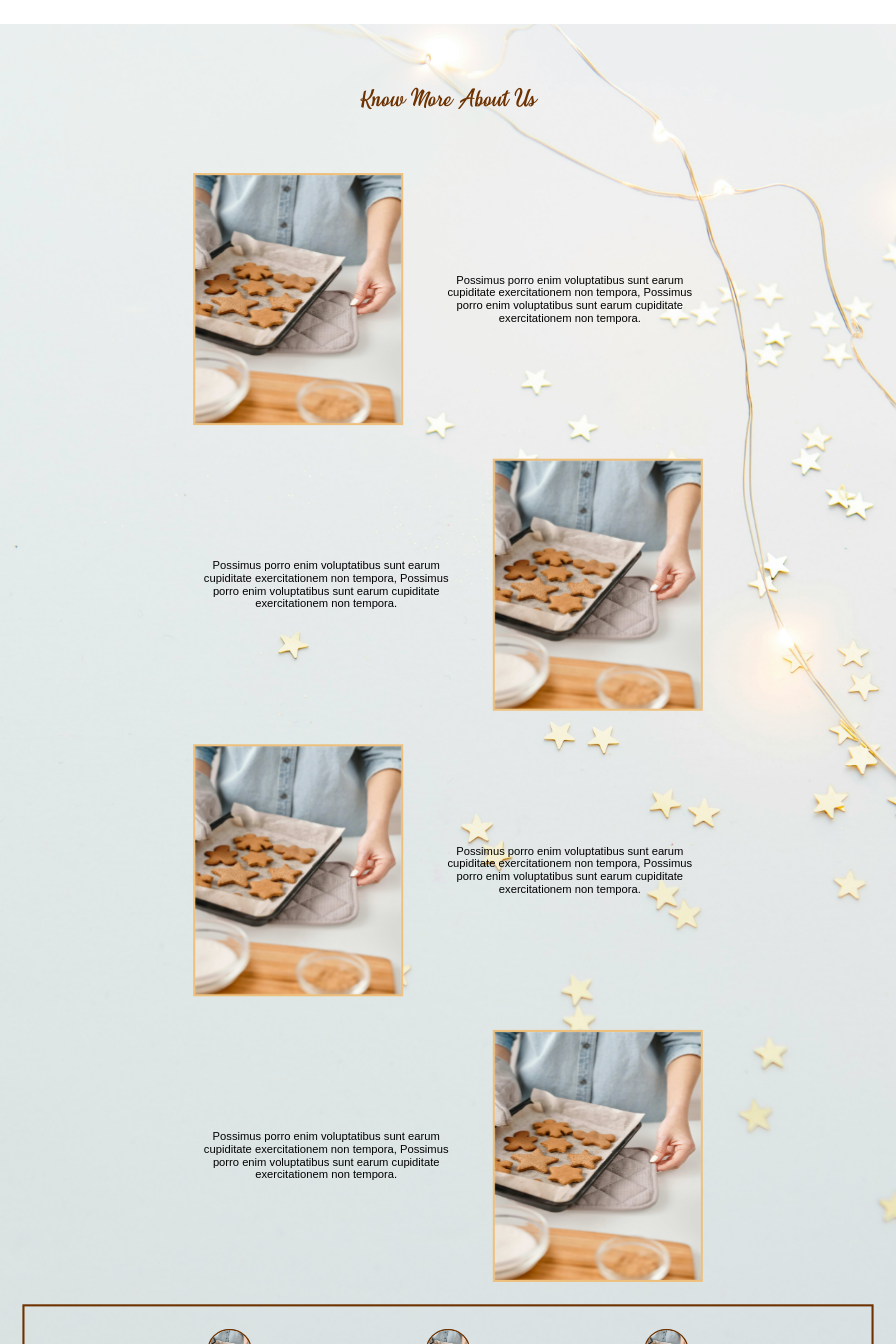
Repository: RodFoyagan/Bing-s-Bakery
Page: index.html
The author's editor kept a copy of each file at every save. The page is drawn from the files as they stood at one save, then again after the next save.
The browser window is 1280 px wide. The pictures show the part of the page from y = 1596 to 3516 px (the page is 4514 px tall), at 70% of full size.

Above is the page before, as saved 2024-12-01 19:43:45.
Console error: ReferenceError: emailjs is not defined

### index.html
<!DOCTYPE html>
<html lang="en">
<head>
    <meta charset="UTF-8">
    <meta name="viewport" content="width=device-width, initial-scale=1.0">
    <title>Bing's Bakery</title>

    <script type="text/javascript" src="https://cdn.emailjs.com/dist/email.min.js"></script>

    <script type="module" src="https://unpkg.com/ionicons@5.5.2/dist/ionicons/ionicons.esm.js"></script>
    <link rel="stylesheet" href="style.css">
</head>
<body id="header">
    <nav class="navbar">
        <div class="navbar__container">
            <a href="#header" id="navbar__logo">Bing's Bakery</a>
            <div class="navbar__toggle" id="mobile-menu">
                <span class="bar"></span>
                <span class="bar"></span>
                <span class="bar"></span>
            </div>
            <ul class="navbar__menu">
                <li class="navbar__item">
                    <a href="#header" class="navbar__links">Home</a>
                </li>
                <li class="navbar__item">
                    <a href="#menu" class="navbar__links">Menu</a>
                </li>
                <li class="navbar__item">
                    <a href="#form" class="navbar__links">Contact</a>
                </li>
                <li class="navbar__item">
                    <a href="#about-us" class="navbar__links"><span id="about">About Us</span></a>
                </li>
                <li id="navbar__btn" class="navbar__links">
                    <a href="#menu" class="button">Order Now</a>
                </li>
            </ul>
        </div>
        <div class="box">
            <div class="cart-count">0</div>
            <ion-icon name="cart"  id="cart-icon" ></ion-icon>
          </div>

          <div class="cart">
            <div class="cart-title">Cart Items</div>
            <div class="cart-content">
                  <ion-icon name="close" id="cart-close"></ion-icon>

          </div>

          <div class="total">
            <div class="total-title">Total</div>
            <div class="total-price">₱ 0</div>
          </div>
          <!-- <div class="form-control" id="log-in_name">
            <label for="login-name">Name</label>
            <input type="text" name="login-name" id="login-name">
            <li><img class="check" src="images/check.png" alt=""></li>
            <li><img class="exclamation" src="images/exclamation.png" alt=""></li>
            <p class="error-message">error message.</p>
        </div>
        <div class="form-control" id="log-in_phone">
            <label for="login-phone">Mobile Number</label>
            <input type="text" name="login-phone" id="login-phone">
            <li><img class="check" src="images/check.png" alt=""></li>
            <li><img class="exclamation" src="images/exclamation.png" alt=""></li>
            <p class="error-message">error message.</p>
        </div> -->


        <form class="cart-form">
            <p class="note">
                NOTE* <br> Please give your contact information so that we may
                notify you when we receive your order and when it is ready.Thank you.
            </p>
            <div class="cartForm-control" id="cartForm-name">
                <label for="cartform_name">Name</label>
                <input type="text" name="cartform_name" id="cart-form_name">
                <p class="error-message2" style="visibility: hidden;">error message.</p>
            </div>
            <div class="cartForm-control" id="cartForm_Phone">
                <label for="cartform_Phone">Mobile Number</label>
                <input type="text" name="cartform_Phone" id="cart-form_Phone">
                <p class="error-message2" style="visibility: hidden;">error message.</p>
            </div>
            <div class="placeOrder">
                <button class="btn-buy" type="submit">Place Order</button>
            </div>
        </form>

        <!-- <div class="message">
            <button id="submitButton" type="submit">Send message</button>
        </div> -->

    </nav>

    <div class="first-page">
        <div>
            <h2>Your every day Bread.</h2>
            <p>"Healthy and delicious bread that you can get."</p>
        </div>

            <div class="second-button"><button><a  href="#menu">Order Now</a></button></div>

    </div>
                <div id="menu">
                    <h1 class="header-title">Our Kind of Breads</h1>
                </div>
                <div class="body">
                    <div class="bread">
                        <img src="images/coockies-min.jpg" class="bread-img" alt="">
                        <div class="bread-body">
                            <!-- <h2 class="alert">Click Me.</h2> -->
                            <h1 class="bread-title">Coockies</h1>
                            <p class="bread-subtitle">Delicious and Healthy</p>
                            <p class="bread-info">Possimus porro enim voluptatibus sunt earum cupiditate exercitationem non tempora.</p>
                            <span class="food-price">₱8 each</span>
                            <button class="bread-btn">Add to Cart</button>
                        </div>
                    </div>
                    <div class="bread">
                        <img src="images/spanish bread-min-min.webp" class="bread-img" alt="">
                        <div class="bread-body">
                            <!-- <h2 class="alert">Click Me.</h2> -->
                            <h1 class="bread-title">Spanish Bread</h1>
                            <p class="bread-subtitle">Delicious and Healthy</p>
                            <p class="bread-info">Possimus porro enim voluptatibus sunt earum cupiditate exercitationem non tempora.</p>
                            <span class="food-price">₱12 each</span>
                            <button class="bread-btn">Add to Cart</button>
                        </div>
                    </div>
                    <div class="bread">
                        <img src="images/loafbread3-min-min.webp" class="bread-img" alt="">
                        <div class="bread-body">
                            <!-- <h2 class="alert">Click Me.</h2> -->
                            <h1 class="bread-title">Loaf Bread</h1>
                            <p class="bread-subtitle">Delicious and Healthy</p>
                            <p class="bread-info">Possimus porro enim voluptatibus sunt earum cupiditate exercitationem non tempora.</p>
                            <span class="food-price">₱32</span>
                            <button class="bread-btn">Add to Cart</button>
                        </div>
                    </div>
                    <div class="bread">
                        <img src="images/cupcake2-min.webp" class="bread-img" alt="">
                        <div class="bread-body">
                            <!-- <h2 class="alert">Click Me.</h2> -->
                            <h1 class="bread-title">Cupcakes</h1>
                            <p class="bread-subtitle">Delicious and Healthy</p>
                            <p class="bread-info">Possimus porro enim voluptatibus sunt earum cupiditate exercitationem non tempora.</p>
                            <span class="food-price">₱15 each</span>
                            <button class="bread-btn">Add to Cart</button>
                        </div>
                    </div>
                    <div class="bread">
                        <img src="images/cake-min-min.webp" class="bread-img" alt="">
                        <div class="bread-body">
                            <!-- <h2 class="alert">Click Me.</h2> -->
                            <h1 class="bread-title">Cake</h1>
                            <p class="bread-subtitle">Delicious and Healthy</p>
                            <p class="bread-info">Possimus porro enim voluptatibus sunt earum cupiditate exercitationem non tempora.</p>
                            <span class="food-price">₱80</span>
                            <button class="bread-btn">Add to Cart</button>
                        </div>
                    </div>
                    <div class="bread">
                        <img src="images/pandesall.webp" class="bread-img" alt="">
                        <div class="bread-body">
                            <!-- <h2 class="alert">Click Me.</h2> -->
                            <h1 class="bread-title">Pandesal</h1>
                            <p class="bread-subtitle">Delicious and Healthy</p>
                            <p class="bread-info">Possimus porro enim voluptatibus sunt earum cupiditate exercitationem non tempora.</p>
                            <span class="food-price">₱4 each</span>
                            <button class="bread-btn">Add to Cart</button>
                        </div>
                    </div>
                </div>

                <div id="about-us">
                    <!-- copy and paste here -->
                    <div class="about-us-header">
                        <h2 class="know-more">Know More About Us</h2>
                    </div>
                        <div class="about-images">
                            <img src="images/jpeg-optimizer_baker1.jpeg" alt="">
                            <p class="about-details">
                                Possimus porro enim voluptatibus sunt earum cupiditate exercitationem non tempora,
                                Possimus porro enim voluptatibus sunt earum cupiditate exercitationem non tempora.
                            </p>
                        </div>
                        <div class="about-images" id="reverse">
                            <p class="about-details">
                                Possimus porro enim voluptatibus sunt earum cupiditate exercitationem non tempora,
                                Possimus porro enim voluptatibus sunt earum cupiditate exercitationem non tempora.
                            </p>
                            <img class="from-rigth" src="images/jpeg-optimizer_baker1.jpeg" alt="">
                        </div>
                        <div class="about-images">
                            <img src="images/jpeg-optimizer_baker1.jpeg" alt="">
                            <p class="about-details">
                                Possimus porro enim voluptatibus sunt earum cupiditate exercitationem non tempora,
                                Possimus porro enim voluptatibus sunt earum cupiditate exercitationem non tempora.
                            </p>
                        </div>
                        <div class="about-images" id="reverse">
                            <p class="about-details">
                                Possimus porro enim voluptatibus sunt earum cupiditate exercitationem non tempora,
                                Possimus porro enim voluptatibus sunt earum cupiditate exercitationem non tempora.
                            </p>
                            <img class="from-rigth" src="images/jpeg-optimizer_baker1.jpeg" alt="">
                        </div>
                        <div class="images-icon">
                            <div class="icon">
                                <img src="images/baker1.jpg" alt="">
                                <p class="myName">My Name</p>
                                <p>Possimus porro enim voluptatibus sunt earum, Possimus porro enim voluptatibus sunt earum</p>
                            </div>
                            <div class="icon">
                                <img src="images/baker1.jpg" alt="">
                                <p class="myName">My Name</p>
                                <p>Possimus porro enim voluptatibus sunt earum, Possimus porro enim voluptatibus sunt earum</p>
                            </div>
                            <div class="icon">
                                <img src="images/baker1.jpg" alt="">
                                <p class="myName">My Name</p>
                                <p>Possimus porro enim voluptatibus sunt earum, Possimus porro enim voluptatibus sunt earum</p>
                            </div>
                        </div>

                </div>

                <div class="body-contact" >
                            <div id="contact-us">
                                <form id="form" action="">
                                    <div>
                                        <h2 class="touch">Let’s Talk</h2>
                                    </div>
                                    <div class="form-group">
                                        <div class="form-control" id="log-in_name">
                                            <label for="login-name">Name</label>
                                            <input type="text" name="login-name" id="login-name">
                                            <li><img class="check" src="images/check.png" alt=""></li>
                                            <li><img class="exclamation" src="images/exclamation.png" alt=""></li>
                                            <p class="error-message">error message.</p>
                                        </div>
                                        <div class="form-control" id="log-in_phone">
                                            <label for="login-phone">Mobile Number</label>
                                            <input type="text" name="login-phone" id="login-phone">
                                            <li><img class="check" src="images/check.png" alt=""></li>
                                            <li><img class="exclamation" src="images/exclamation.png" alt=""></li>
                                            <p class="error-message">error message.</p>
                                        </div>
                                        <div class="form-control" id="log-in_message">
                                            <label for="login-message">Message</label>
                                            <textarea name="text" id="login-message" cols="30" rows="10"></textarea>
                                            <li><img class="check" src="images/check.png" alt=""></li>
                                            <li><img class="exclamation" src="images/exclamation.png" alt=""></li>
                                            <p class="error-message">error message</p>
                                        </div>
                                        <div class="message">
                                            <button id="submitButton" type="submit">Send message</button>
                                        </div>
                                    </div>
                                </form>

                        </div>
                    <!-- <div class="or">
                        <p>or</p>
                    </div> -->
                    <div class="contact-details">
                        <h2>Contact details:</h2>
                        <i><img src="images/phone.png" alt=""><span class="details" id="num">091-4567000</span></i>
                        <i><img src="images/email.png" alt=""><span class="details">rfoyagan@gmail.com</span></i>
                        <i><img src="images/location.png" alt=""><span class="details">Loakan-Apugan Baguio City</span></i>
                        <!-- <i class="facebook"><img src="images/facebook.png" alt=""><span class="details">Bing Lomyog Foyagan</span></i>
                        <i><img src="images/instagram.png" alt=""><span class="details">@Rod-Bing</span></i> -->
                        <div class="location-address">
                            <p>You can visit &nbsp;<a href="https://www.google.com/maps/place/M%26N+Viewdeck+Cafe/@16.3820807,120.6235638,15z/data=!4m6!3m5!1s0x3391a775a760d6a9:0x28e94cc2193ac4b4!8m2!3d16.3820807!4d120.6235638!16s%2Fg%2F11n0c1jp8f?entry=ttu&g_ep=EgoyMDI0MDkxMS4wIKXMDSoASAFQAw%3D%3D">Bing's Bake Shop.</a></p>
                        </div>
                    </div>

                </div>

    <!-- </div> -->

                <footer>
                    <!-- put the footer style here-->
                    <div class="body-footer">
                        <div class="footer">
                            <img class="footer-logo" src="images/jpeg-optimizer_footer-cupcake.png" alt="">
                            <ul class="footer-nav">
                                <li><a href="#header">Home</a></li>
                                <li><a href="#menu">Menu</a></li>
                                <li><a href="#form">Contact</a></li>
                                <li><a href="#about-us">About Us</a></li>
                            </ul>
                            <ul class="footer-icon">
                                <li><a href=""><img src="images/facebook-icon.png" alt=""></a></li>
                                <li><a href=""><img src="images/instagram-footer.png" alt=""></a></li>
                                <li><a href=""><img src="images/youtube.png" alt=""></a></li>
                                <li><a href=""><img src="images/twitter.png" alt=""></a></li>
                            </ul>
                        </div>
                        <div class="reserve">
                            <p>© 2024 Terms and Condition | Web Developed by Rod Foyagan | Bing's Bakery alright reserve.</p>
                        </div>
                    </div>
                </footer>

</body>

    <script src="app.js"></script>
    <script type="text/javascript"
        src="https://cdn.jsdelivr.net/npm/@emailjs/browser@4/dist/email.min.js">
</script>
<script type="text/javascript">
   (function(){
      emailjs.init({
        publicKey: "oDauPnMolACE55mNB",
      });
   })();
</script>
</html>

Loaded but not shown: app.js (430 lines, source omitted); style.css (2127 lines, source omitted)

After the next save:
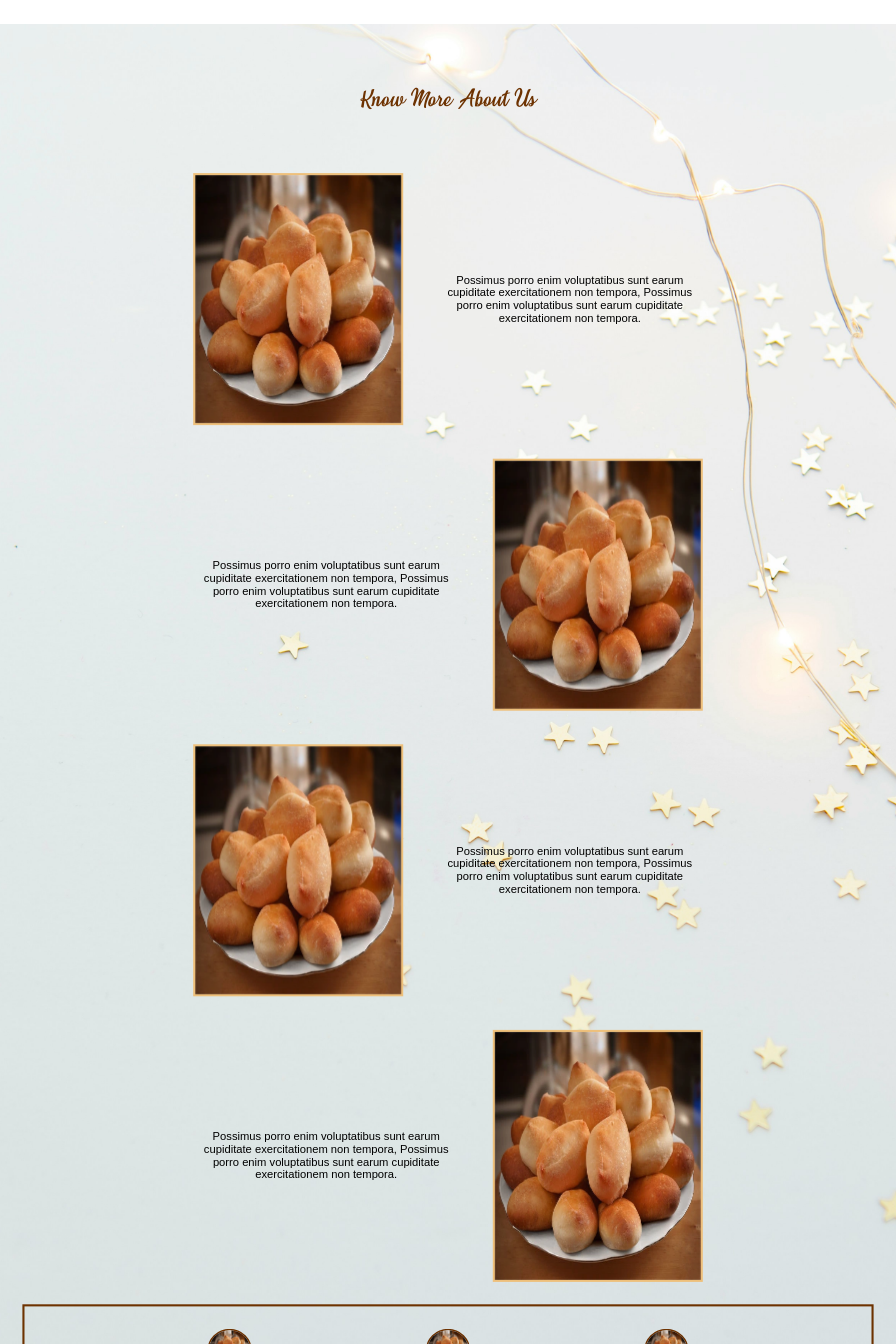
Saved 86 s later.
--- a/index.html
+++ b/index.html
@@ -182,7 +182,7 @@
                         <h2 class="know-more">Know More About Us</h2>
                     </div>
                         <div class="about-images">
-                            <img src="images/jpeg-optimizer_baker1.jpeg" alt="">
+                            <img src="images/pandesall.webp" alt="">
                             <p class="about-details">
                                 Possimus porro enim voluptatibus sunt earum cupiditate exercitationem non tempora,
                                 Possimus porro enim voluptatibus sunt earum cupiditate exercitationem non tempora.
@@ -193,10 +193,10 @@
                                 Possimus porro enim voluptatibus sunt earum cupiditate exercitationem non tempora,
                                 Possimus porro enim voluptatibus sunt earum cupiditate exercitationem non tempora.
                             </p>
-                            <img class="from-rigth" src="images/jpeg-optimizer_baker1.jpeg" alt="">
+                            <img class="from-rigth" src="images/pandesall.webp" alt="">
                         </div>
                         <div class="about-images">
-                            <img src="images/jpeg-optimizer_baker1.jpeg" alt="">
+                            <img src="images/pandesall.webp" alt="">
                             <p class="about-details">
                                 Possimus porro enim voluptatibus sunt earum cupiditate exercitationem non tempora,
                                 Possimus porro enim voluptatibus sunt earum cupiditate exercitationem non tempora.
@@ -207,21 +207,21 @@
                                 Possimus porro enim voluptatibus sunt earum cupiditate exercitationem non tempora,
                                 Possimus porro enim voluptatibus sunt earum cupiditate exercitationem non tempora.
                             </p>
-                            <img class="from-rigth" src="images/jpeg-optimizer_baker1.jpeg" alt="">
+                            <img class="from-rigth" src="images/pandesall.webp" alt="">
                         </div>
                         <div class="images-icon">
                             <div class="icon">
-                                <img src="images/baker1.jpg" alt="">
+                                <img src="images/pandesall.webp" alt="">
                                 <p class="myName">My Name</p>
                                 <p>Possimus porro enim voluptatibus sunt earum, Possimus porro enim voluptatibus sunt earum</p>
                             </div>
                             <div class="icon">
-                                <img src="images/baker1.jpg" alt="">
+                                <img src="images/pandesall.webp" alt="">
                                 <p class="myName">My Name</p>
                                 <p>Possimus porro enim voluptatibus sunt earum, Possimus porro enim voluptatibus sunt earum</p>
                             </div>
                             <div class="icon">
-                                <img src="images/baker1.jpg" alt="">
+                                <img src="images/pandesall.webp" alt="">
                                 <p class="myName">My Name</p>
                                 <p>Possimus porro enim voluptatibus sunt earum, Possimus porro enim voluptatibus sunt earum</p>
                             </div>
